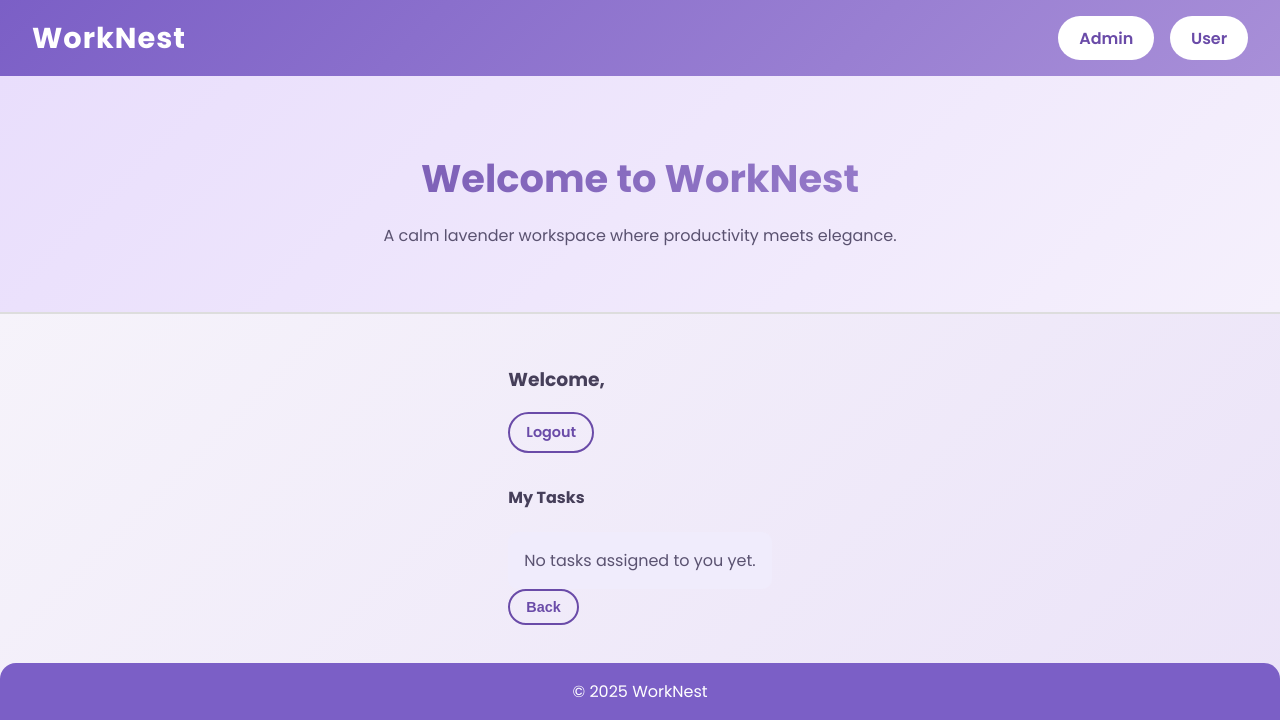
Repository: Sourav5harma/WiproProject
Page: http://localhost/WorkNestApp/WEB-INF/jsp/user-dashboard.jsp
An editor plug-in stored every save of this project. The page is shown before and after the next save, followed by the edit.
The browser window is 1280 px wide. The pictures show the whole page.
The page is served by Tomcat 9. Nobody is signed in. Other server files are loaded and not shown. The template is opened directly, without the code that normally fills it, so the values that code supplies are empty.

Above is the page before, as saved 2025-08-27 18:55:22.

### WorkNestApp/src/main/webapp/WEB-INF/jsp/user-dashboard.jsp
<%@ page contentType="text/html;charset=UTF-8" language="java"%>
<%@ taglib prefix="c" uri="http://java.sun.com/jsp/jstl/core"%>
<!DOCTYPE html>
<html lang="en">
<head>
  <title>WorkNest</title>
  <link href="https://fonts.googleapis.com/css2?family=Poppins:wght@400;600;700&display=swap" rel="stylesheet">

  <style>
    body {
      margin: 0;
      min-height: 100vh;
      display: flex;
      flex-direction: column;
      font-family: 'Poppins', sans-serif;
      background: linear-gradient(135deg, #f8f6fb, #ebe3f8);
      color: #463f5a;
    }

    /* Navbar */
    nav {
      display: flex;
      justify-content: space-between;
      align-items: center;
      background: linear-gradient(135deg, #7b5fc6, #a88fd8);
      padding: 1rem 2rem;
      box-shadow: 0 4px 12px rgba(0,0,0,0.15);
    }
    nav .title {
      font-size: 1.8rem;
      font-weight: 700;
      color: #fff;
      letter-spacing: 1px;
    }
    nav .actions {
      display: flex;
      gap: 1rem;
    }
    nav .actions a {
      padding: 0.6rem 1.3rem;
      border-radius: 30px;
      background: #fff;
      color: #6a4ba8;
      font-weight: 600;
      text-decoration: none;
      transition: all 0.3s ease;
    }
    nav .actions a:hover {
      background: #6a4ba8;
      color: #fff;
    }

    /* Hero Section */
    .hero {
      text-align: center;
      padding: 3rem 1rem;
      background: linear-gradient(135deg, #e9defc, #f5f0fc);
      border-bottom: 2px solid #ddd;
    }
    .hero h1 {
      font-size: 2.4rem;
      margin-bottom: 0.5rem;
      background: linear-gradient(to right, #6a4ba8, #a88fd8);
      -webkit-background-clip: text;
      -webkit-text-fill-color: transparent;
    }
    .hero p {
      font-size: 1rem;
      color: #5a5270;
    }

    /* Container */
    .container {
      flex-grow: 1;
      max-width: 1100px;
      margin: 2rem auto;
      padding: 0 1.5rem;
    }

    /* Task Card */
    .task-card {
      background: #fff;
      border-radius: 1rem;
      padding: 1.5rem;
      margin-bottom: 1.5rem;
      box-shadow: 0 6px 16px rgba(0,0,0,0.08);
      transition: transform 0.2s ease, box-shadow 0.2s ease;
    }
    .task-card:hover {
      transform: translateY(-4px);
      box-shadow: 0 10px 22px rgba(0,0,0,0.15);
    }
    .task-header {
      display: flex;
      justify-content: space-between;
      align-items: center;
    }
    .task-title {
      font-size: 1.2rem;
      font-weight: 600;
    }
    .badge {
      padding: 0.4rem 0.8rem;
      border-radius: 20px;
      font-size: 0.8rem;
      font-weight: 600;
    }
    .bg-success { background: #28a745; color: #fff; }
    .bg-warning { background: #ffc107; color: #000; }
    .bg-danger { background: #dc3545; color: #fff; }
    .bg-info { background: #17a2b8; color: #fff; }

    .task-actions {
      margin-top: 1rem;
      display: flex;
      gap: 0.5rem;
      flex-wrap: wrap;
    }

    /* Buttons */
    .btn {
      display: inline-block;
      padding: 0.5rem 1rem;
      border-radius: 30px;
      font-size: 0.9rem;
      font-weight: 600;
      text-decoration: none;
      cursor: pointer;
      transition: all 0.3s ease;
      border: none;
    }
    .btn-primary { background: #6a4ba8; color: #fff; }
    .btn-primary:hover { background: #543c91; }
    .btn-success { background: #28a745; color: #fff; }
    .btn-success:hover { background: #218838; }
    .btn-outline { background: transparent; border: 2px solid #6a4ba8; color: #6a4ba8; }
    .btn-outline:hover { background: #6a4ba8; color: #fff; }
    .btn-link { color: #6a4ba8; background: none; text-decoration: underline; }

    /* Footer */
    footer {
      background: #7b5fc6;
      color: #fff;
      padding: 1rem;
      text-align: center;
      border-top-left-radius: 1rem;
      border-top-right-radius: 1rem;
      margin-top: auto;
    }
  </style>
</head>
<body>

  <!-- NAVBAR -->
  <nav>
    <div class="title">WorkNest</div>
    <div class="actions">
      <a href="<c:url value='/admin/login'/>">Admin</a>
      <a href="<c:url value='/user/login'/>">User</a>
    </div>
  </nav>

  <!-- HERO -->
  <div class="hero">
    <h1>Welcome to WorkNest</h1>
    <p>A calm lavender workspace where productivity meets elegance.</p>
  </div>

  <!-- MAIN -->
  <div class="container">
    <h3>Welcome, ${user.name}</h3>
    <a class="btn btn-outline" href="<c:url value='/user/logout'/>">Logout</a>

    <h4 style="margin-top:2rem;">My Tasks</h4>

    <c:if test="${empty tasks}">
      <div style="margin-top:1rem; padding:1rem; background:#f0ecfc; border-radius:10px; color:#5a5270;">
        No tasks assigned to you yet.
      </div>
    </c:if>

    <c:forEach items="${tasks}" var="t">
      <div class="task-card">
        <div class="task-header">
          <span class="task-title">${t.title}</span>
          <span class="badge
            ${t.status == 'COMPLETED' ? 'bg-success'
            : t.status == 'IN_PROGRESS' ? 'bg-warning'
            : t.status == 'DELAYED' ? 'bg-danger'
            : 'bg-info'}">${t.status}</span>
        </div>
        <p style="margin:0.5rem 0; color:#6c6580;">${t.description}</p>
        <p class="small text-muted">Start: ${t.startDate} | Due: ${t.dueDate}</p>

        <div class="task-actions">
          <form method="post" action="<c:url value='/tasks/status/${t.taskId}'/>">
            <input type="hidden" name="status" value="IN_PROGRESS">
            <button class="btn btn-primary">Mark In Progress</button>
          </form>
          <form method="post" action="<c:url value='/tasks/status/${t.taskId}'/>">
            <input type="hidden" name="status" value="COMPLETED">
            <button class="btn btn-success">Mark Completed</button>
          </form>
          <a class="btn btn-link" href="<c:url value='/tasks/view/${t.slug}'/>">Open</a>
        </div>
      </div>
    </c:forEach>

    <button type="button" class="btn btn-outline" onclick="history.back()">Back</button>
  </div>

  <!-- FOOTER -->
  <footer>© 2025 WorkNest</footer>

</body>
</html>

After the next save:
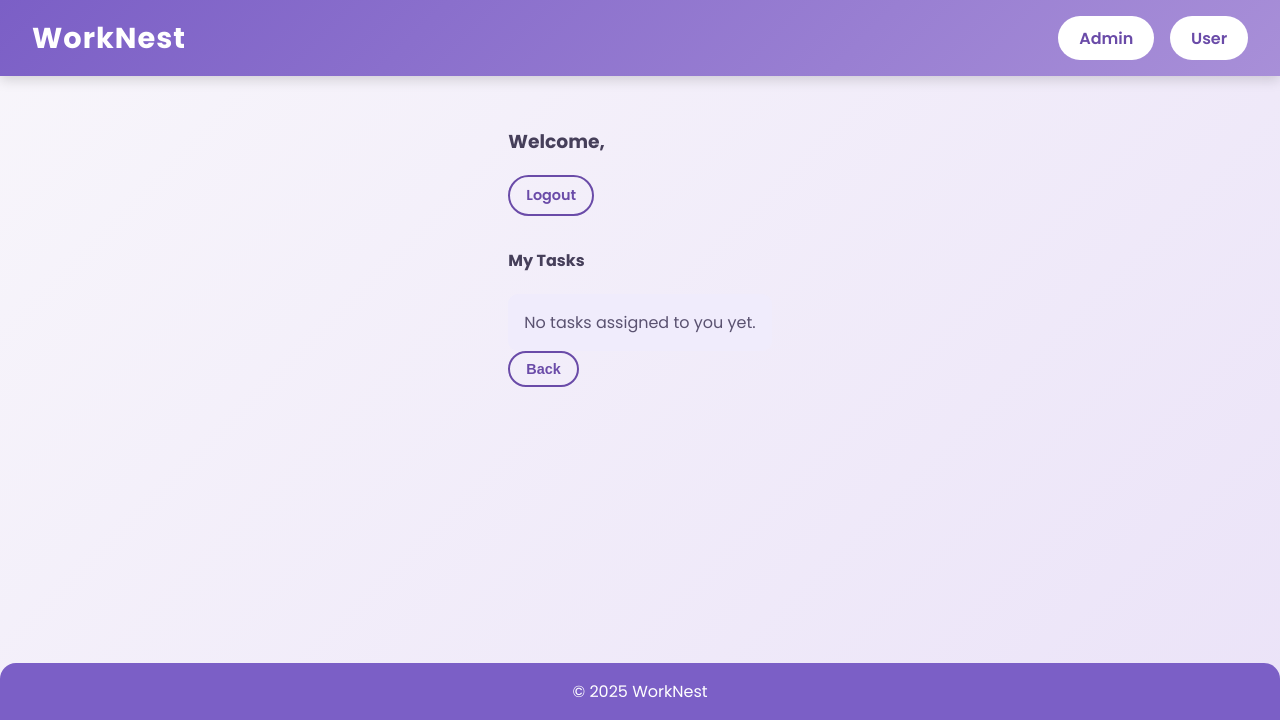
Saved 8 min 48 s later.
--- a/WorkNestApp/src/main/webapp/WEB-INF/jsp/user-dashboard.jsp
+++ b/WorkNestApp/src/main/webapp/WEB-INF/jsp/user-dashboard.jsp
@@ -161,10 +161,6 @@
   </nav>
 
   <!-- HERO -->
-  <div class="hero">
-    <h1>Welcome to WorkNest</h1>
-    <p>A calm lavender workspace where productivity meets elegance.</p>
-  </div>
 
   <!-- MAIN -->
   <div class="container">
